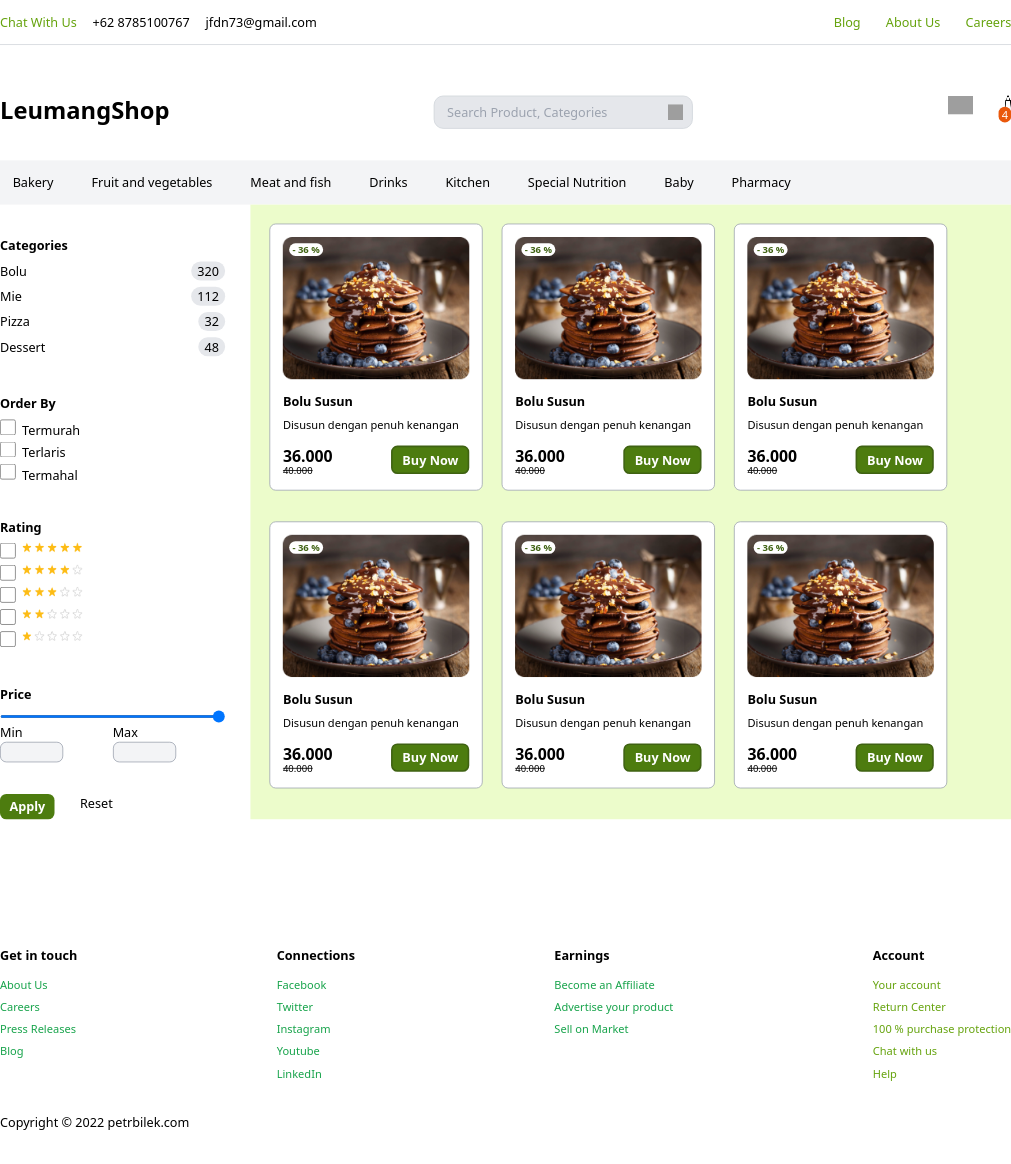
Repository: jafetdn73/ecommerce-tailwind
Page: /
The author's editor kept a copy of each file at every save. The page is drawn from the files as they stood at one save, then again after the next save.
The browser window is 1280 px wide. The pictures show the whole page, at 79% of full size.
Pictures or frames that could not be fetched are drawn as grey boxes. The project was rebuilt for these pictures with package versions that can differ from the ones it lists, and the page was loaded fresh each time. Also part of the build but not shown: src/App.css.

Above is the page before, as saved 2022-03-14 17:21:56.

### src/App.js
import "./App.css";

function App() {
  return (
    <div className="bg-white container mx-auto">
      <div className="flex justify-between py-4 border-b border-gray-300">
        <div className="flex gap-5">
          <a href="http://google.com" className="text-lime-600">
            Chat With Us
          </a>
          <a href="http://facebook.com">+62 8785100767</a>
          <a href="http://ggogl.com">jfdn73@gmail.com</a>
        </div>

        <div className="">
          <ul className="flex gap-8 text-lime-600">
            <li>Blog</li>
            <li>About Us</li>
            <li>Careers</li>
          </ul>
        </div>
      </div>

      <div className="flex justify-between mt-16">
        <h1 className="text-3xl font-bold">LeumangShop</h1>
        <div className="flex w-full justify-center items-center">
          <input
            type="text"
            placeholder="Search Product, Categories"
            className="w-1/3 border border-gray-300 bg-gray-200 rounded-xl pl-4 py-2"
          />
          <img src="/images/search-icon.png" alt="search" className="w-5 h-5 -ml-8"/>
        </div>
        <div className="flex gap-10">
          <img src="/images/user-icon.png" alt="user" className="w-8 h-6"/>
          <div className="relative">
            <img src="/images/cart-icon.png" alt="icon" className="w-8 h-6"/>
            <label className="absolute bottom-2 -left-2 bg-orange-600 text-white py-0.25 px-1 rounded-full text-sm">4</label>
          </div>
        </div>
      </div>

      <div className="bg-gray-100 mt-10 py-4 pl-4 text-base font-medium">
        <ul className="flex gap-12">
          <li>Bakery</li>
          <li>Fruit and vegetables</li>
          <li>Meat and fish</li>
          <li>Drinks</li>
          <li>Kitchen</li>
          <li>Special Nutrition</li>
          <li>Baby</li>
          <li>Pharmacy</li>
        </ul>
        </div>

      {/* Container Wrapper */}
      <div className="flex gap-4">
        {/* Side Bar Container */}
        <div className="flex flex-col w-96" >
          {/* Categories Container */}
          <div className="flex flex-col mt-10">
            <h1 className="font-bold text-base mb-2">Categories</h1>
            <ul>
              <div className="flex justify-between">
                <li>Bolu</li><label className="mb-2 bg-gray-200 pl-2 pr-2 rounded-xl">320</label>
              </div>
              <div className="flex justify-between">
                <li>Mie</li><label className="mb-2 bg-gray-200 pl-2 pr-2 rounded-xl">112</label>
              </div>
              <div className="flex justify-between">
                <li>Pizza</li><label className="mb-2 bg-gray-200 pl-2 pr-2 rounded-xl">32</label>
              </div>
              <div className="flex justify-between">
                <li>Dessert</li><label className="mb-2 bg-gray-200 pl-2 pr-2 rounded-xl">48</label>
              </div>
            </ul>
          </div>
          {/* Order By Categories */}
          <div className="flex flex-col mt-10">
            <h1 className="font-bold mb-2">Order By</h1>
           <div>
              <input type="checkbox" className="accent-lime-700 w-5 h-5 mr-2 mb-2"></input>
              <span className="mb-1">Termurah</span>
          </div>
          <div>
            <input type="checkbox"  className="accent-lime-700 w-5 h-5 mr-2 mb-2"></input>
            <label>Terlaris</label>
          </div>
          <div>
            <input type="checkbox"  className="accent-lime-700 w-5 h-5 mr-2 mb-2"></input>
            <label>Termahal</label>
          </div>
          </div>
          {/* Rating Container */}
          <div className="flex flex-col mt-10">
            <h1 className="font-bold mb-2">Rating</h1>
           <div  className="flex">
             <input type="checkbox" className="accent-lime-700 w-5 h-5 mr-2 mb-2">
               </input>
               <div className="flex w-3 h-3 gap-1">
                 <img src="images/rate-star.png" alt="rate-star"/>
                 <img src="images/rate-star.png" alt="rate-star"/>
                 <img src="images/rate-star.png" alt="rate-star"/>
                 <img src="images/rate-star.png" alt="rate-star"/>
                 <img src="images/rate-star.png" alt="rate-star"/>
                 </div>
          </div>
          <div  className="flex">
             <input type="checkbox" className="accent-lime-700 w-5 h-5 mr-2 mb-2">
               </input>
               <div className="flex w-3 h-3 gap-1">
                 <img src="images/rate-star.png" alt="rate-star"/>
                 <img src="images/rate-star.png" alt="rate-star"/>
                 <img src="images/rate-star.png" alt="rate-star"/>
                 <img src="images/rate-star.png" alt="rate-star"/>
                 <img src="images/unrate-star.png" alt="unrate-star"/>
                 </div>
          </div>
          <div  className="flex">
             <input type="checkbox" className="accent-lime-700 w-5 h-5 mr-2 mb-2">
               </input>
               <div className="flex w-3 h-3 gap-1">
                 <img src="images/rate-star.png" alt="rate-star"/>
                 <img src="images/rate-star.png" alt="rate-star"/>
                 <img src="images/rate-star.png" alt="rate-star"/>
                 <img src="images/unrate-star.png" alt="unrate-star"/>
                 <img src="images/unrate-star.png" alt="unrate-star"/>
                 </div>
          </div>
          <div  className="flex">
             <input type="checkbox" className="accent-lime-700 w-5 h-5 mr-2 mb-2">
               </input>
               <div className="flex w-3 h-3 gap-1">
                 <img src="images/rate-star.png" alt="rate-star"/>
                 <img src="images/rate-star.png" alt="rate-star"/>
                 <img src="images/unrate-star.png" alt="unrate-star"/>
                 <img src="images/unrate-star.png" alt="unrate-star"/>
                 <img src="images/unrate-star.png" alt="unrate-star"/>
                 </div>
          </div>
          <div  className="flex">
             <input type="checkbox" className="accent-lime-700 w-5 h-5 mr-2 mb-2">
               </input>
               <div className="flex w-3 h-3 gap-1">
                 <img src="images/rate-star.png" alt="rate-star"/>
                 <img src="images/unrate-star.png" alt="unrate-star"/>
                 <img src="images/unrate-star.png" alt="unrate-star"/>
                 <img src="images/unrate-star.png" alt="unrate-star"/>
                 <img src="images/unrate-star.png" alt="unrate-star"/>
                 </div>
          </div>

          </div>
          {/* Price Container */}
          <div className="flex flex-col mt-10">
          <h1 className="font-bold">Price</h1>
          <div><input
                type="range"
                className="w-full h-1 p-0 bg-gray-200 focus:outline-none focus:ring-0 focus:shadow-sm"
                min="0"
                max="5"
              />
           </div>
           <div className="flex">
             <div className="w-2/4"><label>Min</label><br></br><input className="w-20 bg-gray-100 border border-gray-400 rounded-lg" type="text"/></div>
             <div  className="w-2/4"><label>Max</label><br></br><input className="w-20 bg-gray-100 border border-gray-400 rounded-lg" type="text"/></div>
           </div>
          </div>
          <div className="flex mt-10">
            <button className="py-1 px-3 mr-8 rounded-lg font-bold bg-lime-700 text-white">Apply</button><label>Reset</label></div>
        </div>
        <div className="bg-gray-100">
          <div className="bg-yellow-100">
          </div>
        </div>
        {/* Container Content */}
        <div className="flex flex-wrap bg-lime-100 w-full p-6 gap-6" >

          <div className="w-70 h-fit p-4 bg-white border border-gray-400 rounded-lg">
            <div className="flex relative">
              <img src="images/bolu-susun.png" alt="bolu-susun" width="236" height="180"/>
              <label className="text-lime-800 font-bold text-xs ml-2 absolute bottom-26 left-0 bg-white mt-2 mb-2 pl-1 pr-1 rounded-xl">- 36 %</label>
            </div>
            <div>
            <h1 className="font-bold text-base mt-4 mb-2">Bolu Susun</h1>
            <p className="text-sm">Disusun dengan penuh kenangan</p>
            </div>
            <div className="flex justify-between mt-4">
              <div className="flex flex-col">
                <label className="font-bold text-xl">36.000</label>
                <label className="line-through text-xs -mt-1">40.000</label>
              </div>
              <div>
                <button className="py-1 px-3 rounded-lg font-bold border-2 border-lime-800 bg-lime-700 text-white">Buy Now</button>
              </div>
            </div>
          </div>

          <div className="w-70 h-fit p-4 bg-white border border-gray-400 rounded-lg">
            <div className="flex relative">
              <img src="images/bolu-susun.png" alt="bolu-susun" width="236" height="180"/>
              <label className="text-lime-800 font-bold text-xs ml-2 absolute bottom-26 left-0 bg-white mt-2 mb-2 pl-1 pr-1 rounded-xl">- 36 %</label>
            </div>
            <div>
            <h1 className="font-bold text-base mt-4 mb-2">Bolu Susun</h1>
            <p className="text-sm">Disusun dengan penuh kenangan</p>
            </div>
            <div className="flex justify-between mt-4">
              <div className="flex flex-col">
                <label className="font-bold text-xl">36.000</label>
                <label className="line-through text-xs -mt-1">40.000</label>
              </div>
              <div>
                <button className="py-1 px-3 rounded-lg font-bold border-2 border-lime-800 bg-lime-700 text-white">Buy Now</button>
              </div>
            </div>
          </div>

          <div className="w-70 h-fit p-4 bg-white border border-gray-400 rounded-lg">
            <div className="flex relative">
              <img src="images/bolu-susun.png" alt="bolu-susun" width="236" height="180"/>
              <label className="text-lime-800 font-bold text-xs ml-2 absolute bottom-26 left-0 bg-white mt-2 mb-2 pl-1 pr-1 rounded-xl">- 36 %</label>
            </div>
            <div>
            <h1 className="font-bold text-base mt-4 mb-2">Bolu Susun</h1>
            <p className="text-sm">Disusun dengan penuh kenangan</p>
            </div>
            <div className="flex justify-between mt-4">
              <div className="flex flex-col">
                <label className="font-bold text-xl">36.000</label>
                <label className="line-through text-xs -mt-1">40.000</label>
              </div>
              <div>
                <button className="py-1 px-3 rounded-lg font-bold border-2 border-lime-800 bg-lime-700 text-white">Buy Now</button>
              </div>
            </div>
          </div>

          <div className="w-70 h-fit p-4 bg-white border border-gray-400 rounded-lg">
            <div className="flex relative">
              <img src="images/bolu-susun.png" alt="bolu-susun" width="236" height="180"/>
              <label className="text-lime-800 font-bold text-xs ml-2 absolute bottom-26 left-0 bg-white mt-2 mb-2 pl-1 pr-1 rounded-xl">- 36 %</label>
            </div>
            <div>
            <h1 className="font-bold text-base mt-4 mb-2">Bolu Susun</h1>
            <p className="text-sm">Disusun dengan penuh kenangan</p>
            </div>
            <div className="flex justify-between mt-4">
              <div className="flex flex-col">
                <label className="font-bold text-xl">36.000</label>
                <label className="line-through text-xs -mt-1">40.000</label>
              </div>
              <div>
                <button className="py-1 px-3 rounded-lg font-bold border-2 border-lime-800 bg-lime-700 text-white">Buy Now</button>
              </div>
            </div>
          </div>

          <div className="w-70 h-fit p-4 bg-white border border-gray-400 rounded-lg">
            <div className="flex relative">
              <img src="images/bolu-susun.png" alt="bolu-susun" width="236" height="180"/>
              <label className="text-lime-800 font-bold text-xs ml-2 absolute bottom-26 left-0 bg-white mt-2 mb-2 pl-1 pr-1 rounded-xl">- 36 %</label>
            </div>
            <div>
            <h1 className="font-bold text-base mt-4 mb-2">Bolu Susun</h1>
            <p className="text-sm">Disusun dengan penuh kenangan</p>
            </div>
            <div className="flex justify-between mt-4">
              <div className="flex flex-col">
                <label className="font-bold text-xl">36.000</label>
                <label className="line-through text-xs -mt-1">40.000</label>
              </div>
              <div>
                <button className="py-1 px-3 rounded-lg font-bold border-2 border-lime-800 bg-lime-700 text-white">Buy Now</button>
              </div>
            </div>
          </div>

          <div className="w-70 h-fit p-4 bg-white border border-gray-400 rounded-lg">
            <div className="flex relative">
              <img src="images/bolu-susun.png" alt="bolu-susun" width="236" height="180"/>
              <label className="text-lime-800 font-bold text-xs ml-2 absolute bottom-26 left-0 bg-white mt-2 mb-2 pl-1 pr-1 rounded-xl">- 36 %</label>
            </div>
            <div>
            <h1 className="font-bold text-base mt-4 mb-2">Bolu Susun</h1>
            <p className="text-sm">Disusun dengan penuh kenangan</p>
            </div>
            <div className="flex justify-between mt-4">
              <div className="flex flex-col">
                <label className="font-bold text-xl">36.000</label>
                <label className="line-through text-xs -mt-1">40.000</label>
              </div>
              <div>
                <button className="py-1 px-3 rounded-lg font-bold border-2 border-lime-800 bg-lime-700 text-white">Buy Now</button>
              </div>
            </div>
          </div>

        </div>
      </div>

      {/* footer */}
      <div className="flex justify-between mb-8 mt-40">

<div className="">
  <h2 className="font-bold mb-4">Get in touch</h2>
  <ul className="text-sm text-green-600">
    <li className="mb-2">About Us</li>
    <li className="mb-2">Careers</li>
    <li className="mb-2">Press Releases</li>
    <li className="mb-2">Blog</li>
  </ul>
</div>

<div className="">
  <h2 className="font-bold mb-4">Connections</h2>
  <ul className="text-sm text-green-600">
    <li className="mb-2">Facebook</li>
    <li className="mb-2">Twitter</li>
    <li className="mb-2">Instagram</li>
    <li className="mb-2">Youtube</li>
    <li className="mb-2">LinkedIn</li>
  </ul>
</div>

<div className="">
  <h2 className="font-bold mb-4">Earnings</h2>
  <ul className="text-sm text-green-600">
    <li className="mb-2">Become an Affiliate</li>
    <li className="mb-2">Advertise your product</li>
    <li className="mb-2">Sell on Market</li>
  </ul>
</div>

<div className="">
  <h2 className="font-bold mb-4">Account</h2>
  <ul className="text-sm text-lime-600">
    <li className="mb-2">Your account</li>
    <li className="mb-2">Return Center</li>
    <li className="mb-2">100 % purchase protection</li>
    <li className="mb-2">Chat with us</li>
    <li className="mb-2">Help</li>
  </ul>
</div>

</div>

{/* copyright */}
<div className="mb-10">
<h4>Copyright &copy; 2022 petrbilek.com</h4>
</div>

    </div>
  );
}

export default App;

Loaded but not shown: public/index.html (common file); src/index.js (common file); src/index.css (common file); src/reportWebVitals.js (common file); tailwind.config.js (common file)

After the next save:
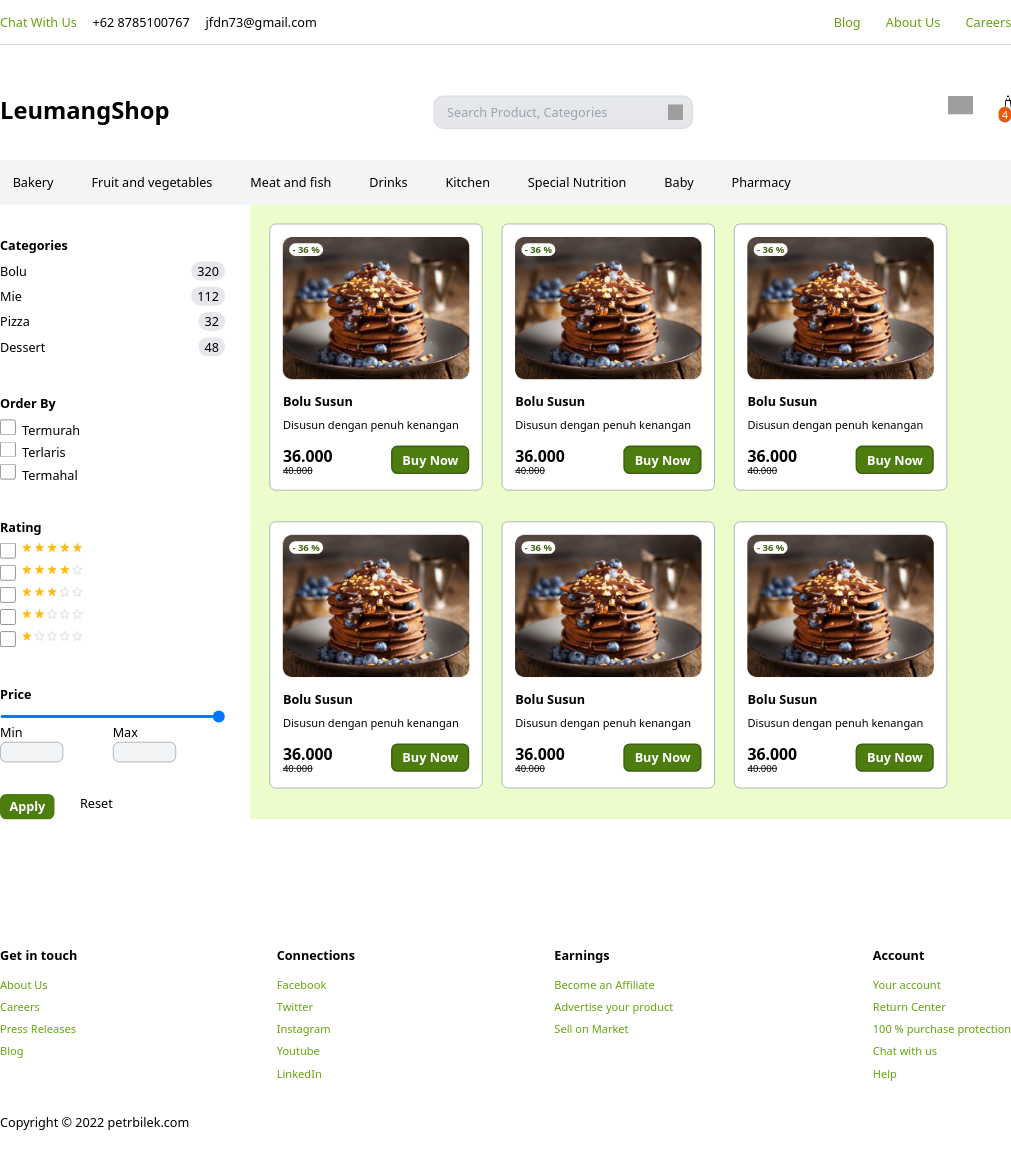
Saved 78 s later.
--- a/src/App.js
+++ b/src/App.js
@@ -304,7 +304,7 @@ function App() {
 
 <div className="">
   <h2 className="font-bold mb-4">Get in touch</h2>
-  <ul className="text-sm text-green-600">
+  <ul className="text-sm text-lime-600">
     <li className="mb-2">About Us</li>
     <li className="mb-2">Careers</li>
     <li className="mb-2">Press Releases</li>
@@ -314,7 +314,7 @@ function App() {
 
 <div className="">
   <h2 className="font-bold mb-4">Connections</h2>
-  <ul className="text-sm text-green-600">
+  <ul className="text-sm text-lime-600">
     <li className="mb-2">Facebook</li>
     <li className="mb-2">Twitter</li>
     <li className="mb-2">Instagram</li>
@@ -325,7 +325,7 @@ function App() {
 
 <div className="">
   <h2 className="font-bold mb-4">Earnings</h2>
-  <ul className="text-sm text-green-600">
+  <ul className="text-sm text-lime-600">
     <li className="mb-2">Become an Affiliate</li>
     <li className="mb-2">Advertise your product</li>
     <li className="mb-2">Sell on Market</li>
